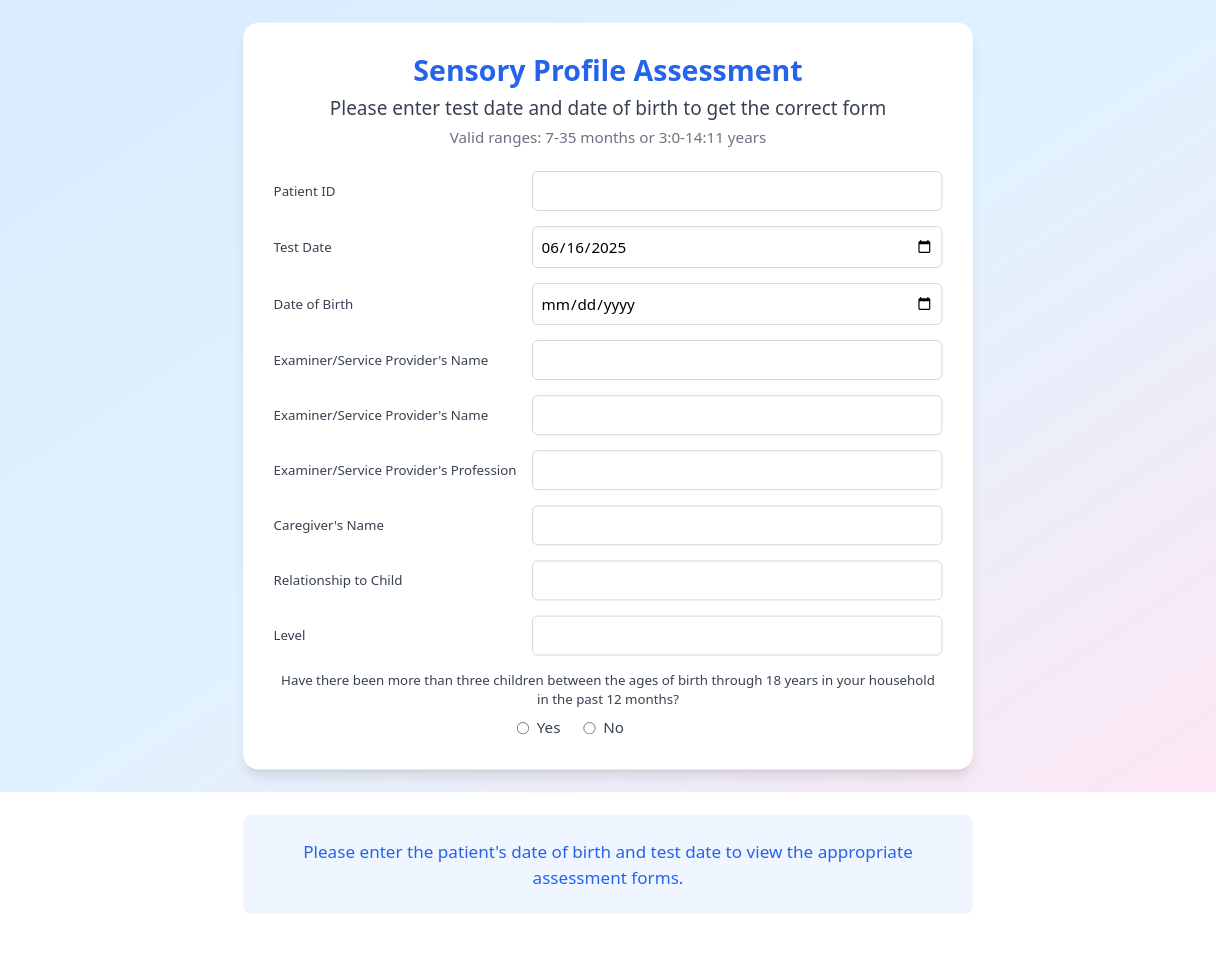
Repository: tharakasaranga/MathavamMergedProject
Page: / (app in client/)
An editor plug-in stored every save of this project. The page is shown before and after the next save, followed by the edit.
The browser window is 1280 px wide. The pictures show the whole page, at 95% of full size.
The project was rebuilt for these pictures with package versions that can differ from the ones it lists, and the page was loaded fresh each time. Also part of the build but not shown: client/vite.config.js, client/src/components/assessmentForms/SensoryProfile/Scores.jsx, client/src/components/assessmentForms/SensoryProfile/BaseForm.jsx, client/src/components/assessmentForms/SensoryProfile/ChildSensoryProfile2Form/AuditoryProcessingForm.jsx, client/src/components/assessmentForms/SensoryProfile/ChildSensoryProfile2Form/VisualProcessingForm.jsx, client/src/components/assessmentForms/SensoryProfile/ChildSensoryProfile2Form/TouchProcessingForm.jsx, client/src/components/assessmentForms/SensoryProfile/ChildSensoryProfile2Form/MovementProcessingForm.jsx, client/src/components/assessmentForms/SensoryProfile/ChildSensoryProfile2Form/BodyPositionProcessingForm.jsx and 12 more.

Above is the page before, as saved 2025-06-16 11:01:58.

After the next save:
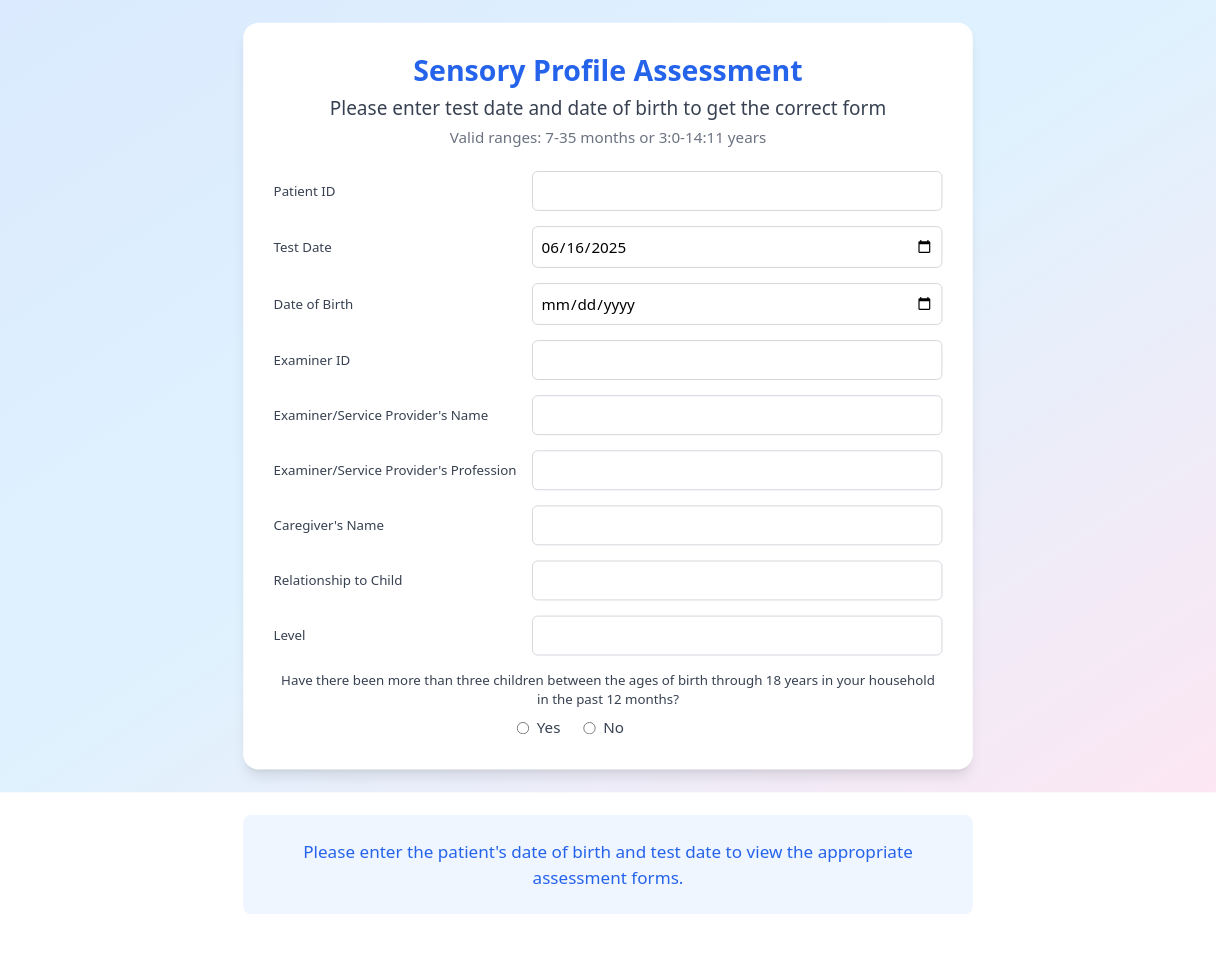
Saved 14 s later.
--- a/client/src/components/assessmentForms/SensoryProfile/Base.jsx
+++ b/client/src/components/assessmentForms/SensoryProfile/Base.jsx
@@ -206,7 +206,7 @@
           {[
             {
               id: "examinerId",
-              label: "Examiner/Service Provider's Name",
+              label: "Examiner ID",
               type: "text",
             },
             ,
